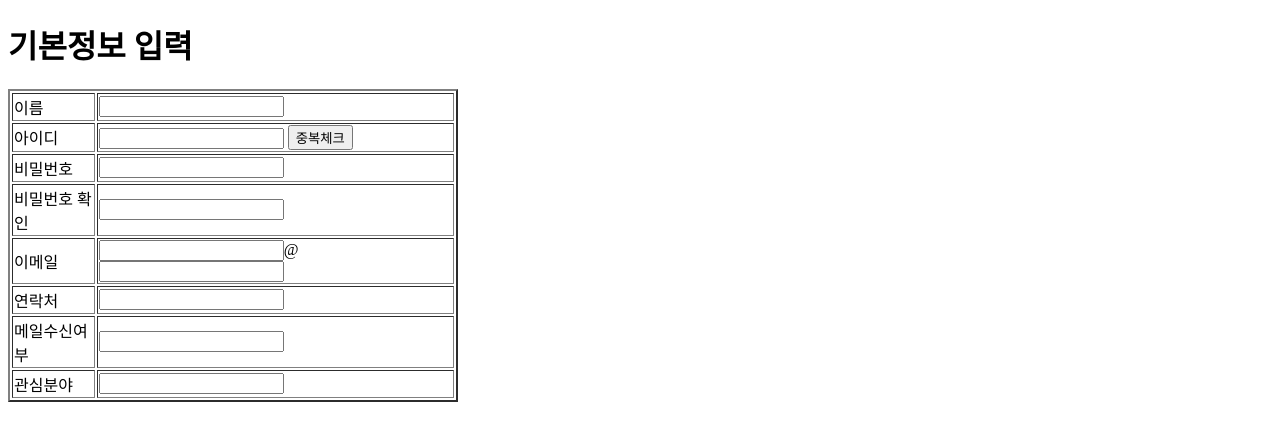
Repository: Cheol-Cheol/KOSA
Page: Kcc_web/Html/WebContent/mission/3.html
The author's editor kept a copy of each file at every save. The page is drawn from the files as they stood at one save, then again after the next save.
The browser window is 1280 px wide. The pictures show the whole page.

Above is the page before, as saved 2024-07-08 06:23:52.

After the next save:
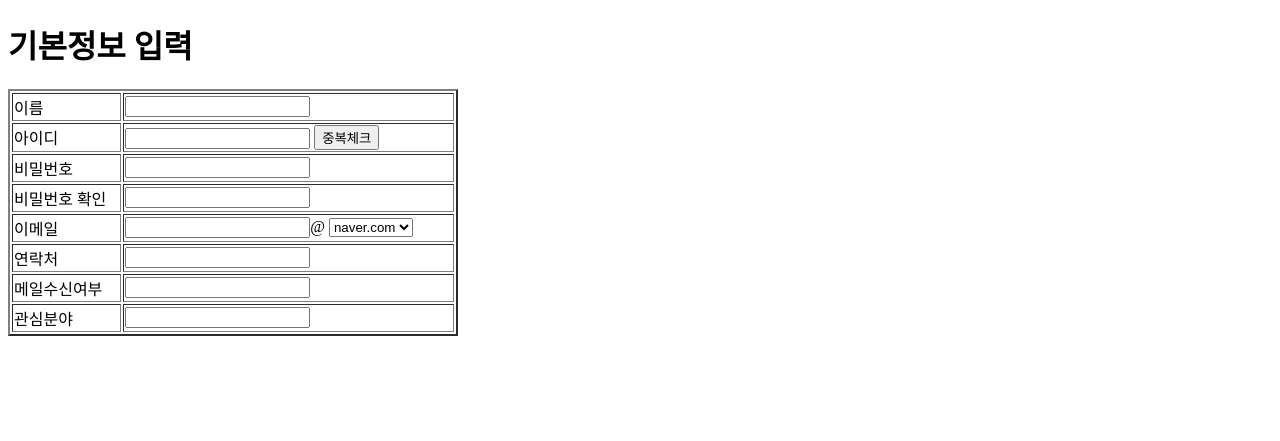
Saved 73 s later.
--- a/Kcc_web/Html/WebContent/mission/3.html
+++ b/Kcc_web/Html/WebContent/mission/3.html
@@ -27,8 +27,10 @@
 			</tr>
 			<tr>
 				<td>이메일</td>
-				<td><input type="email" /><span>@</span> <input type="select" />
-				</td>
+				<td><input type="email" /><span>@</span> <select name="domain">
+						<option value="naver.com">naver.com</option>
+						<option value="daum.net">daum.net</option>
+				</select></td>
 			</tr>
 			<tr>
 				<td>연락처</td>
